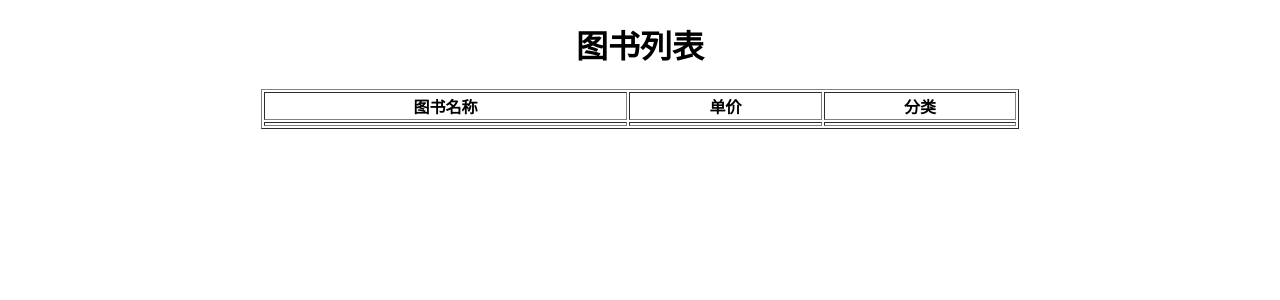
Repository: EthanZmr/myCode
Page: http://localhost/filter_demo/show_book.jsp
An editor plug-in stored every save of this project. The page is shown before and after the next save, followed by the edit.
The browser window is 1280 px wide. The pictures show the whole page.
The page is served by Tomcat 9.

Above is the page before, as saved 2018-12-19 22:07:03.

After the next save:
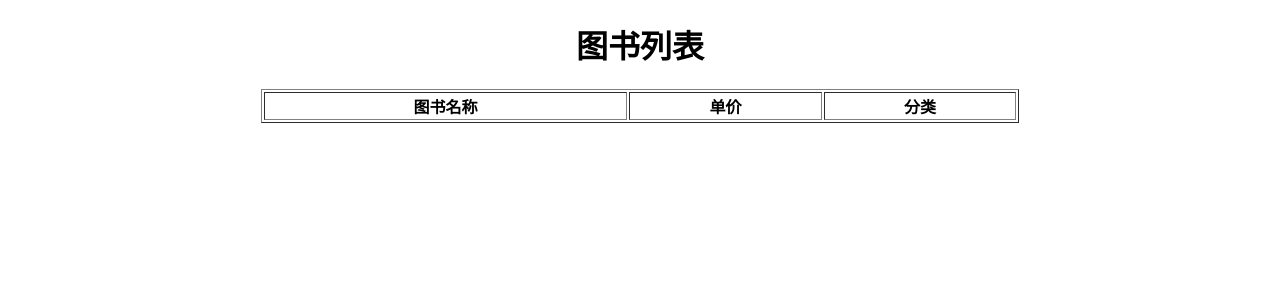
Saved 16 s later.
--- a/filter_demo/WebContent/show_book.jsp
+++ b/filter_demo/WebContent/show_book.jsp
@@ -15,12 +15,13 @@
 			<th>单价</th>
 			<th>分类</th>
 		</tr>
-		<c:forEach items="${bookList }" var="book"></c:forEach>
+		<c:forEach items="${bookList }" var="book">
 		<tr>
 			<td>${book.bname }</td>
 			<td>${book.price }</td>
 			<td>${book.category }</td>
 		</tr>
+		</c:forEach>
 	</table>
 </body>
 </html>
